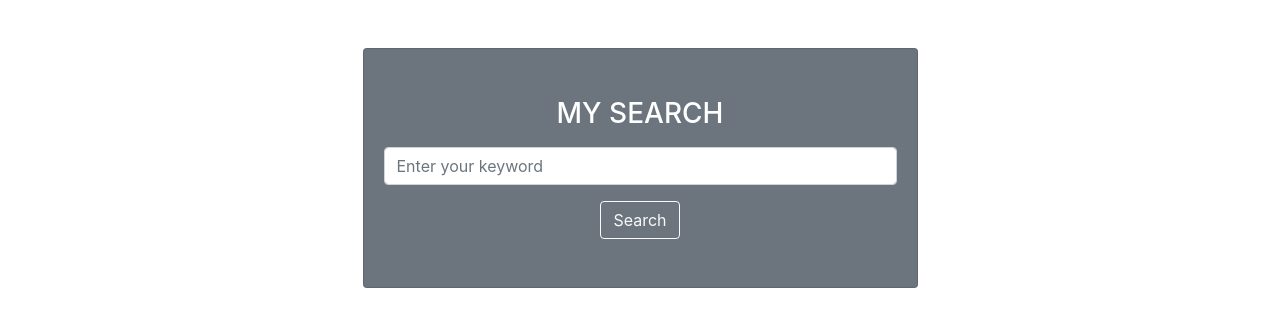
Repository: GovindParve/spring_mvc_maven_search_project
Page: http://localhost/springmvcsearch/home
These files come from the project's save history. The page is drawn as it stood at one moment and after the next save; the edit follows.
The browser window is 1280 px wide. The pictures show the whole page.
Some web libraries are served in a nearby version. The page is served by Tomcat 9.

Above is the page before, as saved 2023-06-17 18:29:29.

After the next save:
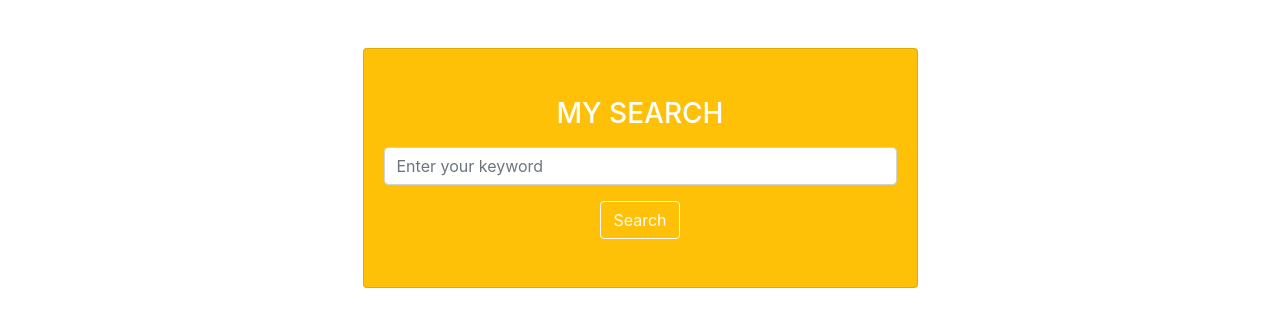
Saved 40 s later.
--- a/springmvcsearch/src/main/webapp/WEB-INF/views/home.jsp
+++ b/springmvcsearch/src/main/webapp/WEB-INF/views/home.jsp
@@ -12,7 +12,7 @@
   </head>
   <body>
     <div class="container">
-    	<div class="card mx-auto mt-5 bg-secondary" style="width: 50%">
+    	<div class="card mx-auto mt-5 bg-warning" style="width: 50%">
     		<div class="card-body py-5">
 
     			<h3 class="text-center text-white" style="text-transform: uppercase">My Search</h3>
